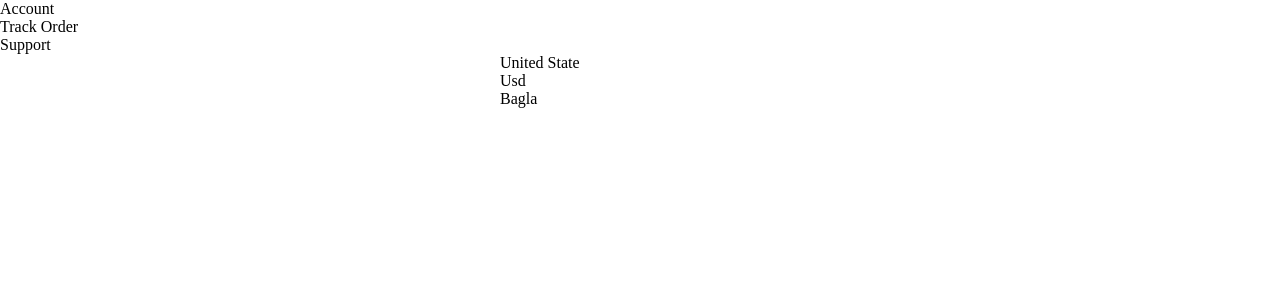
Repository: AbdulRehman787/shopo_ecommerce_web
Page: /
The author's editor kept a copy of each file at every save. The page is drawn from the files as they stood at one save, then again after the next save.
The browser window is 1280 px wide. The pictures show the whole page.
The project was rebuilt for these pictures with package versions that can differ from the ones it lists, and the page was loaded fresh each time. Also part of the build but not shown: src/Pages/AboutUs.js, src/Pages/Blog.js, src/Pages/Contact.js.

Above is the page before, as saved 2023-11-27 17:51:01.

### src/App.js
import React from 'react'
import { BrowserRouter,Routes,Route } from 'react-router-dom'
import Home from './Pages/Home';
import AboutUs from './Pages/AboutUs';
import Blog from './Pages/Blog'
import Contact from './Pages/Contact';
const App = () => {
  return (

    <BrowserRouter>
    <Routes >
    <Route  path='/' element={<Home />} />
    <Route  path='/aboutus' element={<AboutUs />} />
    <Route  path='/blog' element={<Blog />} />
    <Route  path='/contact' element={<Contact />} />

    </Routes>
    </BrowserRouter>
  )
}

export default App

### src/Pages/Home.js
import React from 'react'
import Topheader from '../Components/Header/Topheader'
const Home = () => {
  return (
    <>
    <Topheader/>
    </>
  )
}

export default Home

### src/Components/Header/Topheader.js
import React from 'react'
import './style.css'

const one1=[
    {
        name: "Account"
    },
    {
        name: "Track Order"
    }, {
        name: "Support"
    }
]
const one2=[
    {
        name: "United State"
    },
    {
        name: "Usd "
    }, {
        name: "Bagla"
    }
]
const Topheader = () => {
  return (
    <>
    <div class="container ">
  <div class="row">
    <div class="col-sm d-flex ">
      {one1.map((curelem,index)=>{
        return (
            <>

            <p className='px-3'>{curelem.name}</p>

            </>
        )
      })}
    </div>
    <div class="col-sm d-flex sam">
      {one2.map((curelem,index)=>{
        return (
            <>

            <p className='px-3 '>{curelem.name}</p>

            </>
        )
      })}
    </div>

  </div>
</div>
    </>
  )
}

export default Topheader

### src/Components/Header/style.css
*{
    margin: 0;
    padding: 0;
}
.headcont1{
    padding: 10px 0px;
    border-bottom: 1px solid #ccc;
}
.sam{
    margin-left: 500px !important;
}

Loaded but not shown: src/index.js (common file)

After the next save:
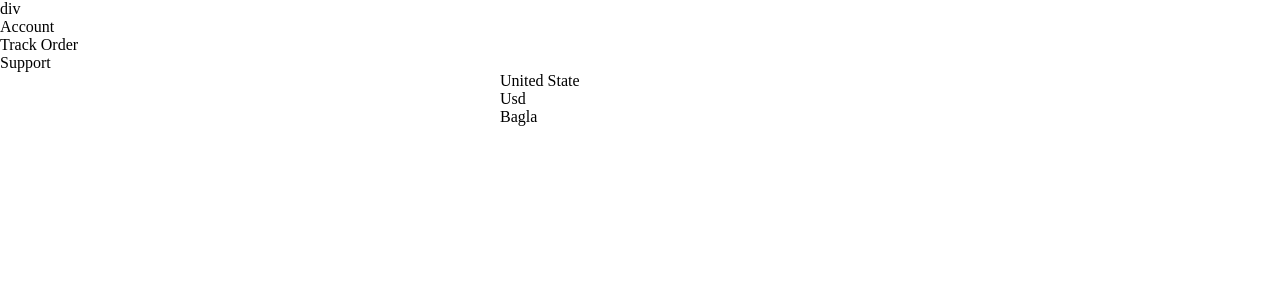
Saved 4 s later.
--- a/src/Components/Header/Topheader.js
+++ b/src/Components/Header/Topheader.js
@@ -24,6 +24,7 @@ const one2=[
 const Topheader = () => {
   return (
     <>
+    div
     <div class="container ">
   <div class="row">
     <div class="col-sm d-flex ">
